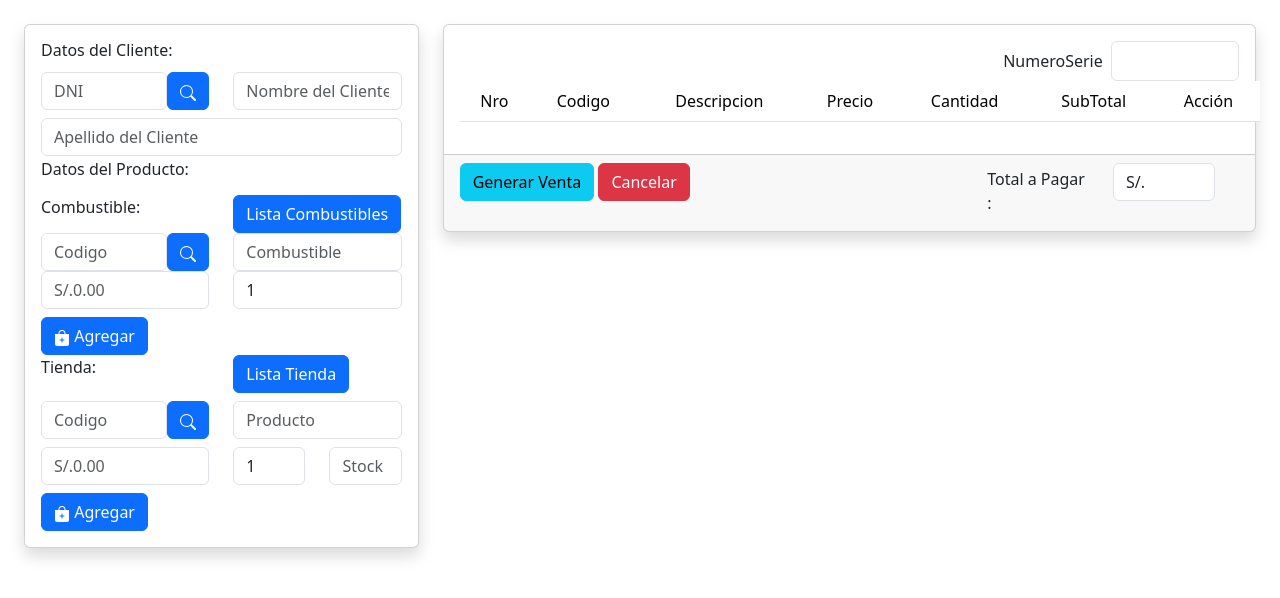
Repository: alexpool1122/evaluaciones
Page: http://localhost/Centenario2023/Ventas.jsp
The author's editor kept a copy of each file at every save. The page is drawn from the files as they stood at one save, then again after the next save.
The browser window is 1280 px wide. The pictures show the whole page.
The page is served by Tomcat 10. Other server files are loaded and not shown. The template is opened directly, without the code that normally fills it, so the values that code supplies are empty.

Above is the page before, as saved 2023-06-30 13:39:04.

### ProyectoFinal/Proyecto/Centenario2023/src/main/webapp/Ventas.jsp
<%@page import="Mantenimientos.GestionEmpleado"%>
<%@page import="Servlets.ValidarServlet"%>
<%@page import="Entidad.Empleado"%>
<%@page import="java.sql.ResultSet"%>
<%@page import="java.sql.PreparedStatement"%>
<%@page import="java.sql.DriverManager"%>
<%@page import="java.sql.Connection"%>
<%@page import="Entidad.Combustible"%>
<%@page import="java.awt.event.ItemEvent"%>
<%@page import="org.apache.tomcat.util.descriptor.tld.TldRuleSet.Variable"%>
<%@page import="org.eclipse.jdt.internal.compiler.ast.ForeachStatement"%>
<%@page import="org.apache.jasper.tagplugins.jstl.core.ForEach"%>
<%@page import="Entidad.Venta"%>
<%@page import="java.util.List"%>
<%@ page language="java" contentType="text/html; charset=ISO-8859-1"
    pageEncoding="ISO-8859-1"%>
<!DOCTYPE html>
<html>
<head>
    <meta charset="utf-8">
    <meta name="viewport" content="width=device-width, initial-scale=1">
    <title>Ventas</title>
    <link href="https://cdn.jsdelivr.net/npm/bootstrap@5.3.0-alpha3/dist/css/bootstrap.min.css" rel="stylesheet" integrity="sha384-KK94CHFLLe+nY2dmCWGMq91rCGa5gtU4mk92HdvYe+M/SXH301p5ILy+dN9+nJOZ" crossorigin="anonymous">
    <style>
    	@media print{
    		.tarjetaDatos, .btn, .accion{
    			display: none;
    		}
    	}
    </style>
</head>
<body>
	<%
		Class.forName("com.mysql.jdbc.Driver");
		String url = "jdbc:mysql://localhost:3306/BDCentenario23";
		String usuario = "root";
		String clave = "mysql";
		String sql ;
		Connection cn = DriverManager.getConnection(url,usuario,clave) ;
		PreparedStatement pstm ;
		ResultSet rs ;
	%>
	<div class="m-4">
		<div class="row">
			<div class="col-4 tarjetaDatos">
				<div class="card shadow">
					<div class="card-body">
						<form action="Controlador?menu=Venta" method="post">
							<div class="form-group row mb-1">
								<h6>Datos del Cliente:</h6>
							</div>
							<div class="form-group row mb-1">
								<div class="col-6 d-flex">
									<input type="text" class="form-control" name="txtDniCliente"id="codCliente" placeholder="DNI" value="${cliente.getDniCliente() }">
									<button type="submit" class="btn btn-primary" value="BuscarCliente" name="accion" id="buscarCliente">
										<svg xmlns="http://www.w3.org/2000/svg" width="16" height="16" fill="currentColor" class="bi bi-search" viewBox="0 0 16 16">
										  <path d="M11.742 10.344a6.5 6.5 0 1 0-1.397 1.398h-.001c.03.04.062.078.098.115l3.85 3.85a1 1 0 0 0 1.415-1.414l-3.85-3.85a1.007 1.007 0 0 0-.115-.1zM12 6.5a5.5 5.5 0 1 1-11 0 5.5 5.5 0 0 1 11 0z"/>
										</svg>
									</button>
								</div>
								<div class="col-6">
										<input type="text" class="form-control" name="txtCliente" value="${cliente.getNomCliente()}" id="nomCliente" placeholder="Nombre del Cliente">
									</div>
								<div class=" mt-2">
									<input type="text" class="form-control" name="txtCliente" value="${cliente.getApeCliente()}" id="nomCliente" placeholder="Apellido del Cliente">
								</div>
							</div>
							<div class="form-group row mb-2">
								<h6>Datos del Producto:</h6>
							</div>
							<div class="form-group row">
								<div class="col-6">
									<label>Combustible:</label>
								</div>
								<div class="col-6">
									<!-- Button trigger modal -->
									<button type="button" class="btn btn-primary" data-bs-toggle="modal" data-bs-target="#exampleModal">
									  Lista Combustibles
									</button>

									<!-- Modal -->
									<div class="modal fade" id="exampleModal" tabindex="-1" aria-labelledby="exampleModalLabel" aria-hidden="true">
									  <div class="modal-dialog">
									    <div class="modal-content">
									      <div class="modal-header">
									        <h1 class="modal-title fs-5" id="exampleModalLabel">Lista de los Combustibles</h1>
									        <button type="button" class="btn-close" data-bs-dismiss="modal" aria-label="Close"></button>
									      </div>
									      <div class="modal-body">
									        <table class="table">
												<tr>
													<td>Codigo</td>
													<td>Producto</td>
													<td>Capacidad</td>
													<td>Precio</td>
													<td>Estado</td>
												</tr>
												<%
													sql = "select * from productoCombustible";
													pstm = cn.prepareStatement(sql);
													rs = pstm.executeQuery();
													while(rs.next()){
												%>
												<tr>
														<td><%= rs.getString(1) %></td>
														<td><%= rs.getString(2) %></td>
														<td><%= rs.getDouble(3) %></td>
														<td><%= rs.getDouble(4) %></td>
														<td><%= rs.getString(5) %></td>
												</tr>
												<%} %>
											</table>
									      </div>
									      <div class="modal-footer">
									        <button type="button" class="btn btn-danger" data-bs-dismiss="modal">Cerrar</button>
									      </div>
									    </div>
									  </div>
									</div>
								</div>
							</div>
							<div class="form-group row">
								<div class="col-6 d-flex">
									<input type="text" class="form-control" name="txtCodigo" placeholder="Codigo" value="${combustible.getCodProdComb() }">
									<button type="submit" class="btn btn-primary" value="BuscarCombustible" name="accion" id="buscarCombustible">
										<svg xmlns="http://www.w3.org/2000/svg" width="16" height="16" fill="currentColor" class="bi bi-search" viewBox="0 0 16 16">
										  <path d="M11.742 10.344a6.5 6.5 0 1 0-1.397 1.398h-.001c.03.04.062.078.098.115l3.85 3.85a1 1 0 0 0 1.415-1.414l-3.85-3.85a1.007 1.007 0 0 0-.115-.1zM12 6.5a5.5 5.5 0 1 1-11 0 5.5 5.5 0 0 1 11 0z"/>
										</svg>
									</button>
								</div>
								<div class="col-6">
									<input type="text" class="form-control" name="txtCombustible" placeholder="Combustible" value="${combustible.getNomComb()}">
								</div>
							</div>
							<div class="form-group row mb-2">
								<div class="col-6">
									<input type="text" class="form-control" name="txtPrecio" id="precio" placeholder="S/.0.00" value="${combustible.getPrecio()}">
								</div>
								<div class="col-6">
									<input type="number" class="form-control" name="txtCantidad" id="cantidad" placeholder="Cantidad" value="1"  title="Ingrese un número decimal válido">
								</div>
							</div>
							<div>
								<button type="submit" class="btn btn-primary" value="AgregarCombustible" name="accion" id="agregar">
									<svg xmlns="http://www.w3.org/2000/svg" width="16" height="16" fill="currentColor" class="bi bi-bag-plus-fill" viewBox="0 0 16 16">
									  <path fill-rule="evenodd" d="M10.5 3.5a2.5 2.5 0 0 0-5 0V4h5v-.5zm1 0V4H15v10a2 2 0 0 1-2 2H3a2 2 0 0 1-2-2V4h3.5v-.5a3.5 3.5 0 1 1 7 0zM8.5 8a.5.5 0 0 0-1 0v1.5H6a.5.5 0 0 0 0 1h1.5V12a.5.5 0 0 0 1 0v-1.5H10a.5.5 0 0 0 0-1H8.5V8z"/>
									</svg>
									 Agregar
								</button>
							</div>
							<div class="form-group row mb-2">
								<div class="col-6">
									<label>Tienda:</label>
								</div>
								<div class="col-6">
									<button type="button" class="btn btn-primary" data-bs-toggle="modal" data-bs-target="#listaTienda">
									  Lista Tienda
									</button>
									<!-- Modal -->
									<div class="modal fade" id="listaTienda" tabindex="-1" aria-labelledby="exampleModalLabel" aria-hidden="true">
									  <div class="modal-dialog">
									    <div class="modal-content">
									      <div class="modal-header">
									        <h1 class="modal-title fs-5" id="exampleModalLabel">Lista de los Productos</h1>
									        <button type="button" class="btn-close" data-bs-dismiss="modal" aria-label="Close"></button>
									      </div>
									      <div class="modal-body">
									        <table class="table">
												<tr>
													<td>Codigo</td>
													<td>Producto</td>
													<td>Precio</td>
													<td>Stock</td>
												</tr>
												<%
													sql = "select * from productoTienda";
													pstm = cn.prepareStatement(sql);
													rs = pstm.executeQuery();
													while(rs.next()){
												%>
												<tr>
														<td><%= rs.getString(1) %></td>
														<td><%= rs.getString(2) %></td>
														<td><%= rs.getDouble(5) %></td>
														<td><%= rs.getInt(6) %></td>
												</tr>
												<%} %>
											</table>
									      </div>
									      <div class="modal-footer">
									        <button type="button" class="btn btn-danger" data-bs-dismiss="modal">Cerrar</button>
									      </div>
									    </div>
									  </div>
									</div>
								</div>
							</div>
							<div class="form-group row mb-2">
								<div class="col-6 d-flex">
									<input type="text" class="form-control" name="txtCodPro" id="codProducto" placeholder="Codigo" value="${producto.getCodProdTie()}">
									<button type="submit" class="btn btn-primary" value="BuscarProducto" name="accion" id="buscarProducto">
										<svg xmlns="http://www.w3.org/2000/svg" width="16" height="16" fill="currentColor" class="bi bi-search" viewBox="0 0 16 16">
										  <path d="M11.742 10.344a6.5 6.5 0 1 0-1.397 1.398h-.001c.03.04.062.078.098.115l3.85 3.85a1 1 0 0 0 1.415-1.414l-3.85-3.85a1.007 1.007 0 0 0-.115-.1zM12 6.5a5.5 5.5 0 1 1-11 0 5.5 5.5 0 0 1 11 0z"/>
										</svg>
									</button>
								</div>
								<div class="col-6">
									<input type="text" class="form-control" name="txtProducto" id="nomProducto" placeholder="Producto" value="${producto.getNomProdTie()}">
								</div>
							</div>
							<div class="form-group row mb-2">
								<div class="col-6">
									<input type="text" class="form-control" name="txtPrecioProducto" id="precio" placeholder="S/.0.00" value="${producto.getPrecio()}">
								</div>
								<div class="col-3">
									<input type="number" class="form-control" name="txtCantidadProducto" id="cantidad" placeholder="Cant" value="1">
								</div>
								<div class="col-3">
									<input type="text" class="form-control" name="txtStock" id="stockProducto" placeholder="Stock" value="${producto.getStock()}">
								</div>
							</div>
							<div>
								<button type="submit" class="btn btn-primary" value="AgregarProducto" name="accion" id="agregar">
									<svg xmlns="http://www.w3.org/2000/svg" width="16" height="16" fill="currentColor" class="bi bi-bag-plus-fill" viewBox="0 0 16 16">
									  <path fill-rule="evenodd" d="M10.5 3.5a2.5 2.5 0 0 0-5 0V4h5v-.5zm1 0V4H15v10a2 2 0 0 1-2 2H3a2 2 0 0 1-2-2V4h3.5v-.5a3.5 3.5 0 1 1 7 0zM8.5 8a.5.5 0 0 0-1 0v1.5H6a.5.5 0 0 0 0 1h1.5V12a.5.5 0 0 0 1 0v-1.5H10a.5.5 0 0 0 0-1H8.5V8z"/>
									</svg>
									 Agregar
								</button>
							</div>
						</form>
					</div>
				</div>
			</div>
			<div class="col-8">
				<div class="card shadow">
					<div class="card-body">
						<div class="row">
							<div class="col-8"></div>
							<div class="col-4 d-flex">
								<label class="m-2">NumeroSerie</label>
								<input type="text" class="form-control" value="${nSerie}">
							</div>
						</div>
						<table class="table" style="width: 800px">
							<tr class="text-center">
								<td>Nro</td>
								<td>Codigo</td>
								<td>Descripcion</td>
								<td>Precio</td>
								<td>Cantidad</td>
								<td>SubTotal</td>
								<td class="accion">Acción</td>
							</tr>
							<%
								List<Venta> listaVenta = (List<Venta>) request.getAttribute("ListaVenta");
								if(listaVenta != null){
									for(Venta venta:listaVenta){
							%>
							<tr class="text-center">
								<td><%= venta.getItem() %></td>
								<td><%= venta.getCodProdTie() != null ? venta.getCodProdTie() : venta.getCodProdComb() %></td>
								<td><%= venta.getDescripcion() %></td>
								<td><%= venta.getPrecio() %></td>
								<td><%= venta.getCantidad() %></td>
								<td><%= venta.getSubTotal() %></td>
								<td class="text-center">
									<a href="Controlador?menu=Venta&accion=QuitarProducto&item=<%=venta.getItem() %>" class="btn btn-danger">
										<svg xmlns="http://www.w3.org/2000/svg" width="16" height="16" fill="currentColor" class="bi bi-trash" viewBox="0 0 16 16">
										  <path d="M5.5 5.5A.5.5 0 0 1 6 6v6a.5.5 0 0 1-1 0V6a.5.5 0 0 1 .5-.5Zm2.5 0a.5.5 0 0 1 .5.5v6a.5.5 0 0 1-1 0V6a.5.5 0 0 1 .5-.5Zm3 .5a.5.5 0 0 0-1 0v6a.5.5 0 0 0 1 0V6Z"/>
										  <path d="M14.5 3a1 1 0 0 1-1 1H13v9a2 2 0 0 1-2 2H5a2 2 0 0 1-2-2V4h-.5a1 1 0 0 1-1-1V2a1 1 0 0 1 1-1H6a1 1 0 0 1 1-1h2a1 1 0 0 1 1 1h3.5a1 1 0 0 1 1 1v1ZM4.118 4 4 4.059V13a1 1 0 0 0 1 1h6a1 1 0 0 0 1-1V4.059L11.882 4H4.118ZM2.5 3h11V2h-11v1Z"/>
										</svg>
									</a>
								</td>
							</tr>
							<%		}
								}%>

								<%
								List<Venta> listaVentaC = (List<Venta>) request.getAttribute("ListaVentaC");
								if(listaVentaC != null){
									for(Venta ventaC:listaVentaC){
							%>
							<tr class="text-center">
								<td><%= ventaC.getItem() %></td>
								<td><%= ventaC.getCodProdComb() != null ? ventaC.getCodProdComb() : ventaC.getCodProdTie() %></td>
								<td><%= ventaC.getDescripcion() %></td>
								<td><%= ventaC.getPrecio() %></td>
								<td><%= ventaC.getCantidad() %></td>
								<td><%= ventaC.getSubTotal() %></td>
								<td class="text-center">
									<a href="Controlador?menu=Venta&accion=QuitarProducto" class="btn btn-danger">
										<svg xmlns="http://www.w3.org/2000/svg" width="16" height="16" fill="currentColor" class="bi bi-trash" viewBox="0 0 16 16">
										  <path d="M5.5 5.5A.5.5 0 0 1 6 6v6a.5.5 0 0 1-1 0V6a.5.5 0 0 1 .5-.5Zm2.5 0a.5.5 0 0 1 .5.5v6a.5.5 0 0 1-1 0V6a.5.5 0 0 1 .5-.5Zm3 .5a.5.5 0 0 0-1 0v6a.5.5 0 0 0 1 0V6Z"/>
										  <path d="M14.5 3a1 1 0 0 1-1 1H13v9a2 2 0 0 1-2 2H5a2 2 0 0 1-2-2V4h-.5a1 1 0 0 1-1-1V2a1 1 0 0 1 1-1H6a1 1 0 0 1 1-1h2a1 1 0 0 1 1 1h3.5a1 1 0 0 1 1 1v1ZM4.118 4 4 4.059V13a1 1 0 0 0 1 1h6a1 1 0 0 0 1-1V4.059L11.882 4H4.118ZM2.5 3h11V2h-11v1Z"/>
										</svg>
									</a>
								</td>
							</tr>
							<%		}
								}%>
						</table>
					</div>
					<div class="card-footer">
						<div class="row">
							<div class="col-6">
								<a href="Controlador?menu=Venta&accion=GenerarVenta" onclick="print()" class="btn btn-info">Generar Venta</a>
								<a href="Controlador?menu=Venta&accion=CancelarVenta" class="btn btn-danger" >Cancelar</a>
							</div>
							<div class="col-6 row">
								<div class="col-4"></div>
								<div class="col-4 d-flex">
									<label class="form-label w-100 mt-1">Total a Pagar :</label>
								</div>
								<div class="col-4">
									<input type="text" class="form-control" value="S/. ${TotalPagar}">
								</div>
							</div>
						</div>
					</div>
				</div>
			</div>
		</div>
	</div>
	<script src="https://cdn.jsdelivr.net/npm/bootstrap@5.3.0-alpha3/dist/js/bootstrap.bundle.min.js" integrity="sha384-ENjdO4Dr2bkBIFxQpeoTz1HIcje39Wm4jDKdf19U8gI4ddQ3GYNS7NTKfAdVQSZe" crossorigin="anonymous"></script>
</body>
</html>

After the next save:
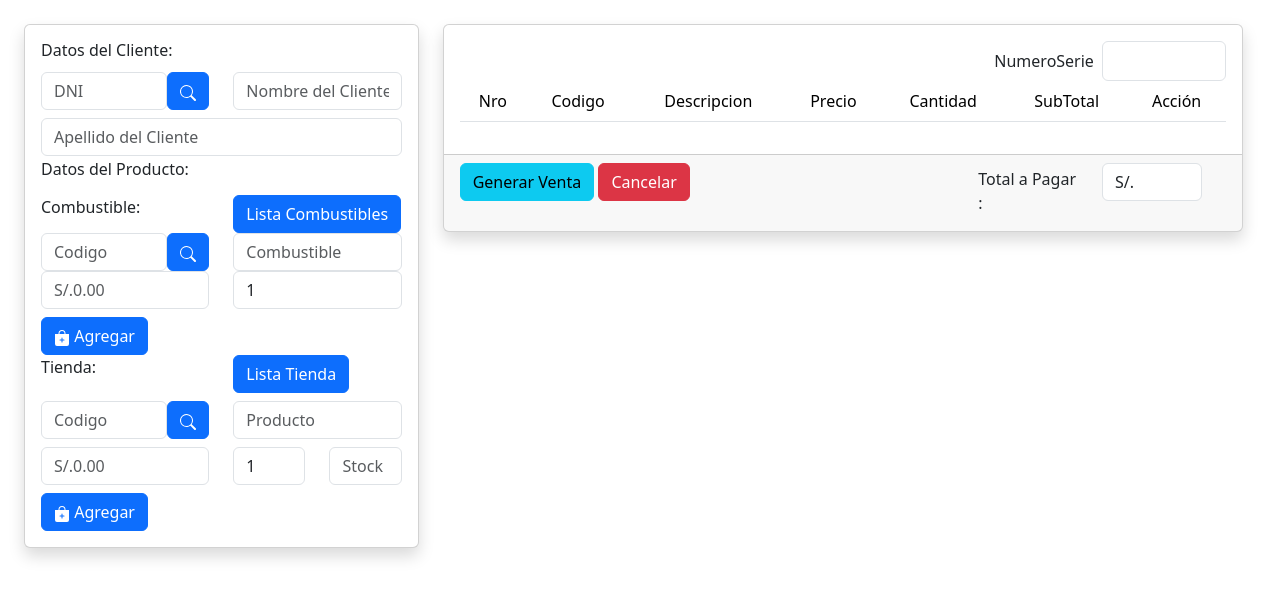
Saved 40 s later.
--- a/ProyectoFinal/Proyecto/Centenario2023/src/main/webapp/Ventas.jsp
+++ b/ProyectoFinal/Proyecto/Centenario2023/src/main/webapp/Ventas.jsp
@@ -232,7 +232,7 @@
 				</div>
 			</div>
 			<div class="col-8">
-				<div class="card shadow">
+				<div class="card shadow"  style="width: 800px">
 					<div class="card-body">
 						<div class="row">
 							<div class="col-8"></div>
@@ -241,7 +241,7 @@
 								<input type="text" class="form-control" value="${nSerie}">
 							</div>
 						</div>
-						<table class="table" style="width: 800px">
+						<table class="table">
 							<tr class="text-center">
 								<td>Nro</td>
 								<td>Codigo</td>
